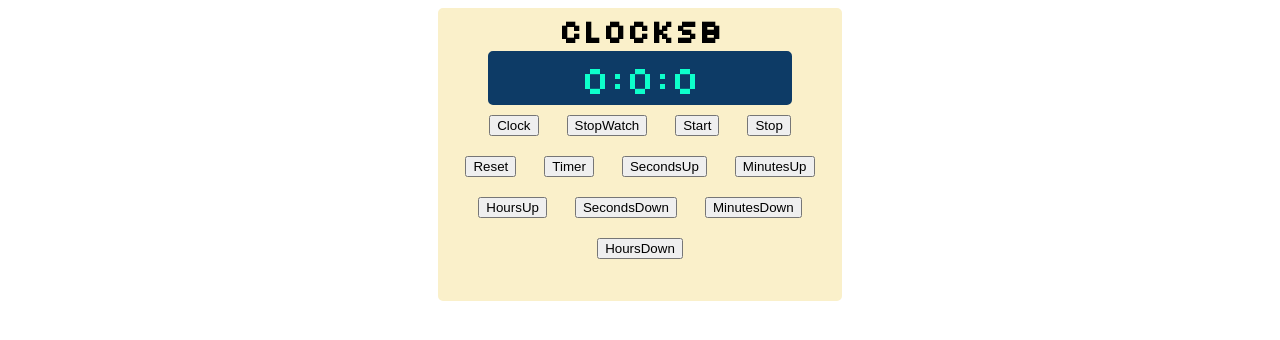
Repository: ourshadetree/clockSB
Page: index.html
These files come from the project's save history. The page is drawn as it stood at one moment and after the next save; the edit follows.
The browser window is 1280 px wide. The pictures show the whole page.
After loading, the first visible `button[onclick="loadTimer()"]` was clicked once.

Above is the page before, as saved 2025-12-06 09:36:02.

After the next save:
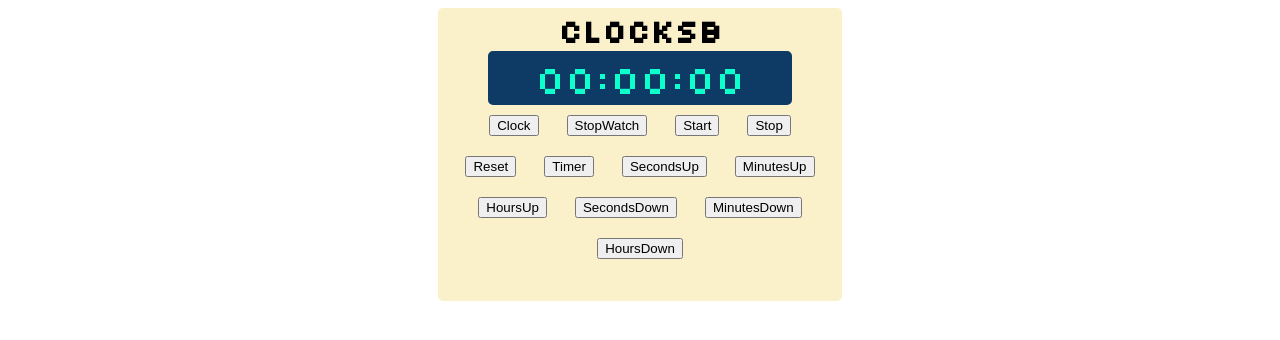
Saved 59 s later.
--- a/index.js
+++ b/index.js
@@ -64,7 +64,7 @@ function loadSW() {
 
 function loadTimer() {
     clearAllIntervals();
-    document.getElementById("clockScreen").innerHTML = timer.hours + ":" + timer.minutes + ":" + timer.seconds;
+    document.getElementById("clockScreen").innerHTML = "0" + timer.hours + ":0" + timer.minutes + ":0" + timer.seconds;
 }
 
 
